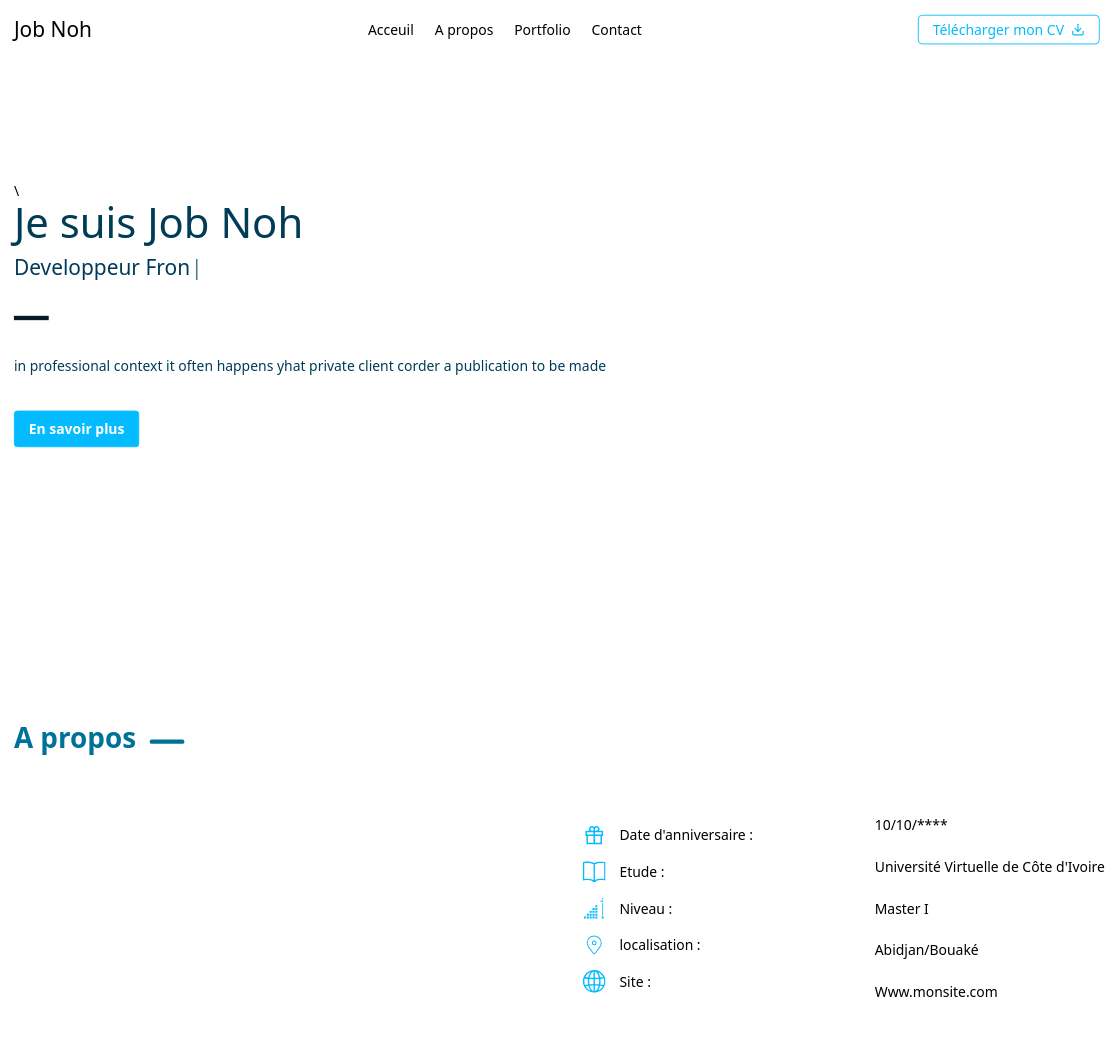
Repository: anoy1010/Nextportfolio
Page: /
The author's editor kept a copy of each file at every save. The page is drawn from the files as they stood at one save, then again after a run of saves.
The browser window is 1280 px wide. The pictures show the whole page, at 87% of full size.
Backgrounds fixed to the window are drawn as part of the page. The project was rebuilt for these pictures with package versions that can differ from the ones it lists, and the page was loaded fresh each time. The framework's server and built-in components were replaced by stand-ins that run in the browser. Also part of the build but not shown: next.config.js, styles/Home.module.css.

Above is the page before, as saved 2023-03-06 17:54:26.

### pages/index.js
import Head from 'next/head'
import Image from 'next/image'
import { Inter } from '@next/font/google'
import styles from '../styles/Home.module.css'
import Navbar from '../components/Navbar'
import Hero from '../components/Hero'
import About from '../components/About'
const inter = Inter({ subsets: ['latin'] })

export default function Home() {
  return (
    <>
      <Head>
        <title>Portfolio | Noh Job</title>
        <meta name="description" content="Generated by create next app" />
        <meta name="viewport" content="width=device-width, initial-scale=1" />
        <link rel="icon" href="/favicon.ico" />
      </Head>

      <header>
        < Navbar />
      </header>

      <main>
        <Hero />
        <About/>
      </main>

    </>
  )
}

### styles/globals.css
@tailwind base;
@tailwind components;
@tailwind utilities;

@layer components {
  .btn{
    @apply bg-[#04bbff] text-white py-2 px-4 rounded inline-block mt-10 font-bold border border-[#04bbff] hover:bg-transparent hover:text-[#04bbff] transition duration-200
  }
}

### components/Navbar.js
import Link from 'next/link'
import React from 'react'
import {FiDownload} from 'react-icons/fi'
import {RiMenu5Line} from 'react-icons/ri'

const Navbar = () => {
  return (
    <div className='bg-white fixed top-0 w-[100%] z-10 '>
        <div className='container mx-auto flex justify-between items-center py-4 px-4'>
            <div className='text-[24px]'>Job Noh</div>

            <div className='hidden md:flex gap-6'>

                <Link href='/Acceuil' className='hover:text-[#04bbff]'>
                    Acceuil
                </Link>
                <Link href='/A propos' className='hover:text-[#04bbff]' >
                    A propos
                </Link>
                <Link href='/Portfolio' className='hover:text-[#04bbff]'>
                    Portfolio
                </Link>
                <Link href='/Contact' className='hover:text-[#04bbff]'>
                    Contact
                </Link>



            </div>

            <a href='#' className='hidden  md:flex border border-[#04bbff] px-4 py-1 text-[#04bbff] rounded-[5px] items-center gap-2 hover:bg-[#04bbff] hover:text-white transition duration-200 '>
                Télécharger mon CV
                <FiDownload/>
                </a>

            <div className='md:hidden text-[24px] '>
                <RiMenu5Line/>
            </div>
        </div>
    </div>
  )
}

export default Navbar

### components/Hero.js
import React from 'react'

import Typewriter, { TypewriterClass } from "typewriter-effect"
import Button from '../components/Button'

const Hero = () => {
  return (
    <div className='bg-[url("")] h-screen bg-cover bg-center bg-fixed flex items-center'>
        <div className='container mx-auto px-4'>\
            <div className='max-x-[450px] text-[#003c57] flex flex-col gap-[40px]'>
                <div>
                    <h1 className='text-5xl'>
                        Je suis Job Noh
                    </h1>
                    <h4 className=' text-2xl mt-3'>
                        <Typewriter
                            options = {{
                                strings: [
                                    "Developpeur Front-end",
                                    "Developpeur Back-end",
                                    "Analyste de donnée",
                                    "Chef de projet",
                                    "Graphic designer",
                                    "Developpeur mobile"
                                ],
                                changeDelay:3,
                                changeDeleteSpeed:2,
                                autoStart:true,
                                loop:true,
                            }}
                        />
                    </h4>
                </div>

                <div className='bg-[#051c24] h-[5px] w-[40px] '>
                </div>

                <div>
                    <p>
                    in professional context it often happens yhat private client
                    corder a publication to be made
                    </p>
                    <Button link="#" text="En savoir plus" />
                </div>

            </div>

        </div>
    </div>
  )
}

export default Hero

### components/About.js
import React from 'react'
import Heading from './Heading'


import {AiOutlineGift} from 'react-icons/ai'
import {TfiBook} from 'react-icons/tfi'
import {SlGlobe} from 'react-icons/sl'
import {CiLocationOn} from 'react-icons/ci'
import {GiLevelEndFlag} from 'react-icons/gi'

const About = () => {
  return (
    <section className='container mx-auto py-10 px-4'>

        <Heading title="A propos"/>

        <div className='grid grid-cols-1 md:grid-cols-2 gap-[60px]'>

            <div>
                <img className='w-[400px]' src="/" alt="" />
            </div>
            <div>
                <div className='flex items-center justify-between w-[600px]'>
                    <div className='flex flex-col gap-4'>

                        <div className='flex gap-4 items-center font-medium '>
                            <AiOutlineGift className='text-[#04bbff] text-[26px]' />
                            Date d'anniversaire :
                        </div>
                        <div className='flex gap-4 items-center font-medium '>
                            <TfiBook className='text-[#04bbff] text-[26px]' />
                            Etude :
                        </div>
                        <div className='flex gap-4 items-center font-medium '>
                            <GiLevelEndFlag className='text-[#04bbff] text-[26px]' />
                            Niveau :
                        </div>
                        <div className='flex gap-4 items-center font-medium '>
                            <CiLocationOn className='text-[#04bbff] text-[26px]' />
                            localisation :
                        </div>
                        <div className='flex gap-4 items-center font-medium '>
                            <SlGlobe className='text-[#04bbff] text-[26px]' />
                            Site :
                        </div>

                    </div>



                    <div className='flex flex-col gap-6 text-[#051c24]-600'>
                        <div>10/10/****</div>
                        <div>Université Virtuelle de Côte d'Ivoire</div>
                        <div>Master I</div>
                        <div>Abidjan/Bouaké</div>
                        <div>Www.monsite.com</div>


                    </div>

                </div>
            </div>
        </div>

    </section>
  )
}

export default About

### components/Button.js
import React from 'react'

const Button = ({text, link}) => {
  return (
    <a href={link}className='btn'>{text}</a>
  )
}

export default Button

### components/Heading.js
import React from 'react'

const Heading = ({title}) => {
  return (
    <div className='text-[#007198] text-[32px] font-bold flex items-center gap-4 py-16'>
        {title}
        <div className='bg-[#007198] h-[5px] w-[40px] translate-y-1 rounded'></div>
    </div>
  )
}

export default Heading

Loaded but not shown: pages/_app.js (common file); pages/_document.js (common file); tailwind.config.js (common file)

After the next 2 saves:
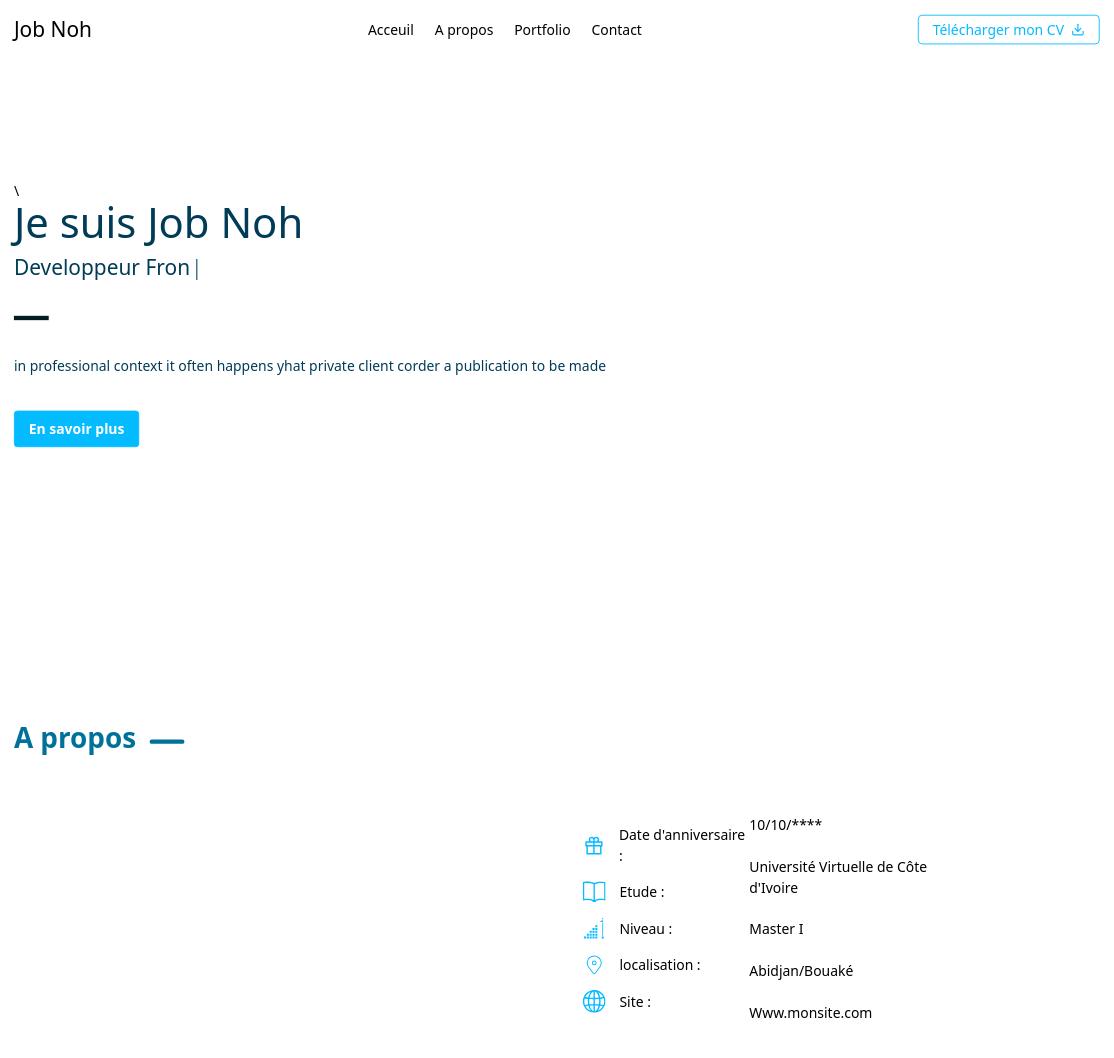
The 2 saves are shown as one change because they came seconds apart.
The last was saved 92 s later.
--- a/components/About.js
+++ b/components/About.js
@@ -20,7 +20,7 @@ const About = () => {
                 <img className='w-[400px]' src="/" alt="" />
             </div>
             <div>
-                <div className='flex items-center justify-between w-[600px]'>
+                <div className='flex items-center justify-between w-[450px]'>
                     <div className='flex flex-col gap-4'>
 
                         <div className='flex gap-4 items-center font-medium '>
